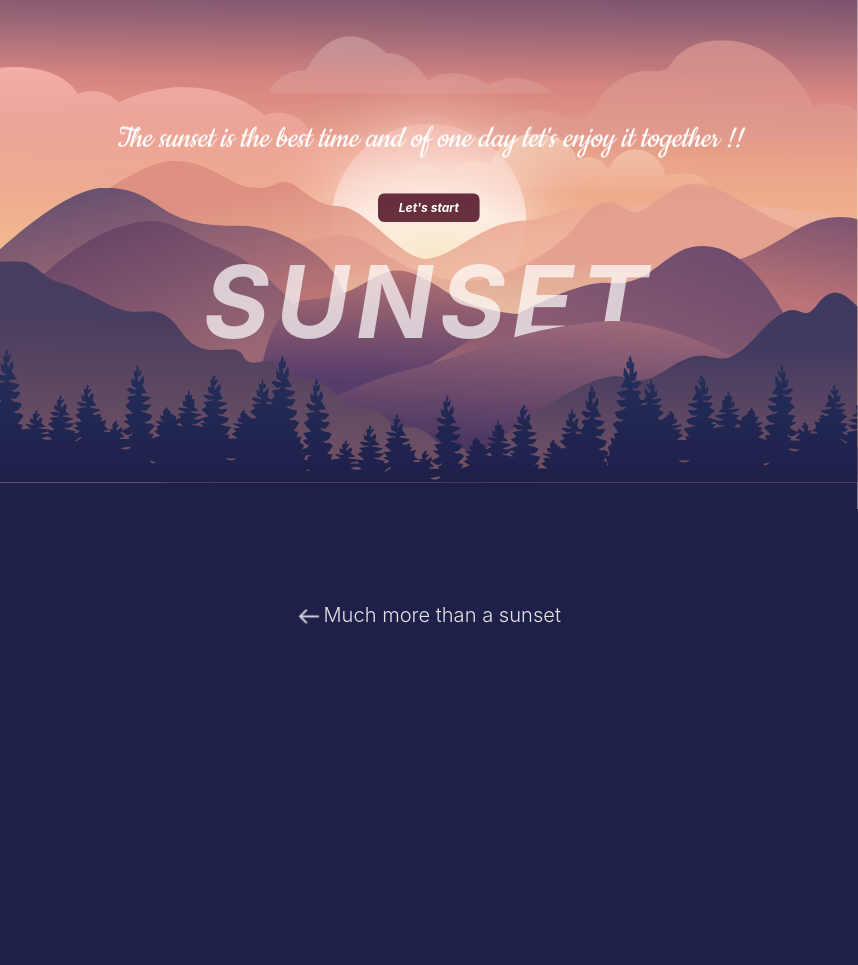
Repository: nambui98/parallax
Page: /
These files come from the project's save history. The page is drawn as it stood at one moment and after the next save; the edit follows.
The browser window is 1280 px wide. The pictures show the whole page, at 67% of full size.
The project was rebuilt for these pictures with package versions that can differ from the ones it lists, and the page was loaded fresh each time. Also part of the build but not shown: vite.config.ts.

Above is the page before, as saved 2022-03-24 15:17:14.

### src/App.tsx
import { useEffect, useRef, useState } from 'react'
import { Link, useLocation, useNavigate } from 'react-router-dom';
import bg_1 from './assets/images/bg_1.svg'
import bg_2 from './assets/images/bg_2.svg'
import bg_3 from './assets/images/bg_3.svg'
import bg_4 from './assets/images/bg_4.svg'
import bg_5 from './assets/images/bg_5.svg'
import bg_6 from './assets/images/bg_6.svg'
import bg_7 from './assets/images/bg_7.svg'
import bg_8 from './assets/images/bg_8.svg'
import bg_9 from './assets/images/bg_9.svg'
import bg_10 from './assets/images/bg_10.svg'
import bg_11 from './assets/images/bg_11.svg'
import icon from './assets/images/icon.svg'
import './App.scss'

function App() {
  let location = useLocation();
  console.log(location);

  const bg_1Ref = useRef<any>()
  const bg_2Ref = useRef<any>()
  const bg_3Ref = useRef<any>()
  const bg_4Ref = useRef<any>()
  const bg_5Ref = useRef<any>()
  const bg_6Ref = useRef<any>()
  const bg_7Ref = useRef<any>()
  const bg_8Ref = useRef<any>()
  const bg_9Ref = useRef<any>()
  const bg_10Ref = useRef<any>()
  const bg_11Ref = useRef<any>()
  const h3Ref = useRef<any>()
  const h1Ref = useRef<any>()
  const bannerRef = useRef<any>()
  const btnRef = useRef<any>()
  // console.log(location);

  useEffect(() => {
    window.addEventListener("scroll", () => {
      let value = window.scrollY;
      // h3Ref.current.style =
      // bg_1Ref.current.style.left = `calc(${value}px + 40rem)`;
      bg_9Ref.current.style.transform = `scale(${1 + value * 0.0005})`
      bg_10Ref.current.style.transform = `scale(${1 + value * 0.0005})`
      bg_8Ref.current.style.transform = `scale(${1 + value * 0.0005})`
      bg_7Ref.current.style.transform = `scale(${1 + value * 0.0005})`
      bg_6Ref.current.style.transform = `scale(${1 + value * 0.0005})`
      bg_5Ref.current.style.transform = `scale(${1 + value * 0.0005})`
      bg_4Ref.current.style.transform = `translateX(-50%) scale(${1 + value * 0.0005})`
      bg_3Ref.current.style.transform = `scale(${1 + value * 0.0005})`
      bg_2Ref.current.style.transform = `scale(${1 + value * 0.0005})`
      bg_1Ref.current.style.transform = `scale(${1 + value * 0.0005})`
      bg_11Ref.current.style.transform = `scale(${1 + value * 0.0004})`

      h3Ref.current.style.transform = `translateZ(${value * 0.8}px) scale(${1 + (value * 0.0009)})`
      h1Ref.current.style.transform = `translateY(${value * 0.2}px)`
      btnRef.current.style.transform = `translate(-50%, calc(-50% - ${value * 0.2}px))`
      console.log();

    })

    return () => {
      window.removeEventListener("scroll", () => {

      })
    }
  }, [])
  useEffect(() => {
    let url = window.location.href.split("/");
    // debugger
    let target = url[url.length - 1].toLowerCase();
    let element = document.getElementById(target);
    element && element.scrollIntoView({ behavior: "smooth", block: "start" });
  }, [location]);
  return (
    <div className="App">
      <div className="main">
        <div className="banner" ref={bannerRef}>
          <img className='bg_1' ref={bg_1Ref} src={bg_1} alt="" />
          <img className='bg_2' ref={bg_2Ref} src={bg_2} alt="" />
          <img className='bg_3' ref={bg_3Ref} src={bg_3} alt="" />
          <img className='bg_4' ref={bg_4Ref} src={bg_4} alt="" />
          <img className='bg_5' ref={bg_5Ref} src={bg_5} alt="" />
          <img className='bg_6' ref={bg_6Ref} src={bg_6} alt="" />
          <img className='bg_7' ref={bg_7Ref} src={bg_7} alt="" />
          <img className='bg_8' ref={bg_8Ref} src={bg_8} alt="" />
          <img className='bg_9' ref={bg_9Ref} src={bg_9} alt="" />
          <img className='bg_10' ref={bg_10Ref} src={bg_10} alt="" />
          <img className='bg_11' ref={bg_11Ref} src={bg_11} alt="" />

          <h3 ref={h3Ref}>The sunset is the best time and of one day let's enjoy it together !!</h3>
          <h1 ref={h1Ref}>Sunset</h1>
        </div>
        <Link to="/content" className="btn" ref={btnRef}>Let's start</Link>
        <div className="content" id="content">
          <h1><img src={icon} alt="" /> Much more than a sunset</h1>
        </div>
      </div>
    </div>
  )
}

export default App

### src/App.scss
@import url('https://fonts.googleapis.com/css2?family=Cookie&display=swap');
*,
*::after,
*::before{
  padding: 0;
  margin: 0;
  box-sizing: inherit;
}
html{
  font-size: 62.5%;
  box-sizing: border-box;
}
.main{
  // perspective: 1px;

}
.banner{
  background: linear-gradient(181.12deg, #6D4869 -4.47%, #906074 5.09%, #D58480 18.15%, #ECA58B 34.03%, #F8C995 69.69%);
  height: 100vh;
  position: relative;
  z-index: -1;
  overflow: hidden;
  perspective: 1000px;
  h3{
    position: absolute;
    top: 18rem;
    width: 100%;
    font-size: 5rem;
    font-weight: 400;
    font-style: italic;
    color: #fff;
    font-family: 'Cookie', cursive;
    text-align: center;
    // left: 50%;
    // transform: translateX(-50%);
  }
  h1{
    position: absolute;
    bottom: 18rem;
    width: 100%;
    font-size: 15rem;
    font-style: italic;
    color: rgba(255, 255, 255, .7);
    text-align: center;
    text-transform: uppercase;
    z-index: 0;
    letter-spacing: 1rem;
  }
  img{
    position: absolute;
    z-index: 0;
    &.bg_1{
      top: 5.4rem;
      left: 40rem;
    }
    &.bg_2{
      left: 0;
      top: 10rem;
    }
    &.bg_3{
      right: 0;
      top: 6rem;
    }
    &.bg_4{
      left: 50%;
      top: 8rem;
      transform: translateX(-50%);
      // top: 28.6rem;
      width: 50rem;
    }
    &.bg_5{
      right: 22rem;
      top: 20rem;
    }
    &.bg_6{
      right: 0;
      left: 0;
      top: 24rem;
      width: 100%;
    }
    &.bg_7{
      right: 0;
      left: 0;
      top: 28rem;
      width: 100%;
      // z-index: 1;
    }
     &.bg_8{
      bottom: -3rem;
      width: 100%;
      z-index: 2;
    }
    &.bg_9{
      width: 100%;
      top: 33rem;
      // z-index: 1;
    }
    &.bg_10{
      bottom: -6rem;
      z-index: 1;
    }
    &.bg_11{
      bottom: 0rem;
      width: 100%;
      z-index: 2;
    }
  }
}
.btn{
  z-index: 100;

  position: absolute;
  top: calc(50% - 5rem);
  left: 50%;
  transform: translate(-50%, -50%);
  border: none;
  background: rgba(65, 0, 22, 0.8);
  font-style: italic;
  color: #fff;
  padding: 1rem 3rem;
  border-radius: 1rem;
  cursor: pointer;
  font-size: 1.8rem;
  font-weight: 700;
  border: 1px solid transparent;
  // transition: .3s all;
  text-decoration: none;
  &:hover{
    color: rgba(65, 0, 22, 0.8);
    background: transparent;
    border-color: rgba(65, 0, 22, 0.8);
  }
}
.content{
  height: 100vh;
  width: 100%;
  background-color: #1E2049;
}
.content{
  display: flex;
  justify-content: center;
  h1{
    color: #E5E5E5;
    font-size: 3rem;
    font-weight: 300;
    margin-top: 18rem;
    display: flex;
    img{
      height: 4rem;
    }
  }

}

Loaded but not shown: index.html (common file); src/main.tsx (common file); src/index.css (common file)

After the next save:
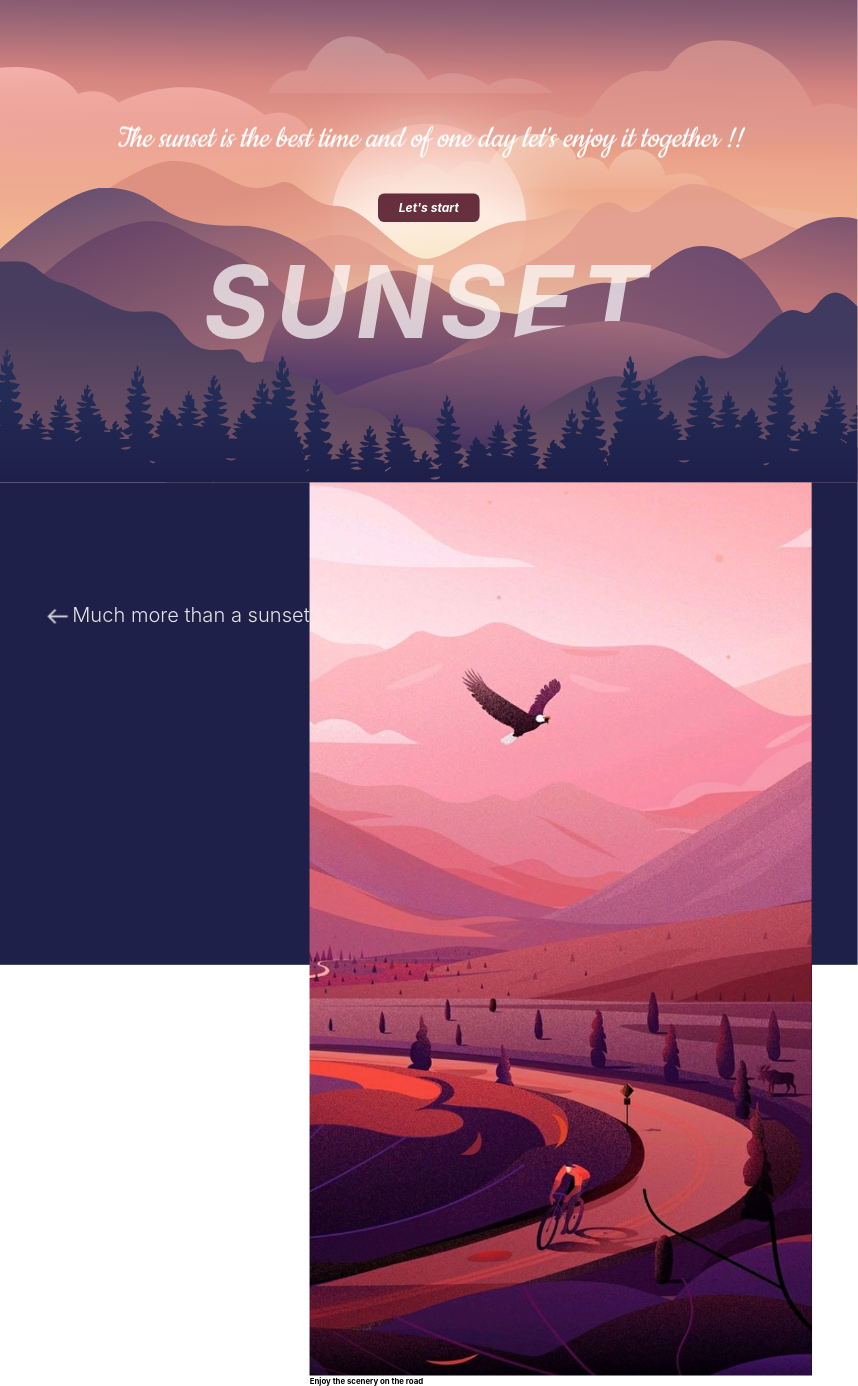
Saved 3 min 34 s later.
--- a/src/App.tsx
+++ b/src/App.tsx
@@ -11,6 +11,10 @@ import bg_8 from './assets/images/bg_8.svg'
 import bg_9 from './assets/images/bg_9.svg'
 import bg_10 from './assets/images/bg_10.svg'
 import bg_11 from './assets/images/bg_11.svg'
+import content1 from './assets/images/content1.png'
+import content2 from './assets/images/content2.svg'
+import content3 from './assets/images/content3.svg'
+import content4 from './assets/images/content4.svg'
 import icon from './assets/images/icon.svg'
 import './App.scss'
 
@@ -94,6 +98,12 @@ function App() {
         <Link to="/content" className="btn" ref={btnRef}>Let's start</Link>
         <div className="content" id="content">
           <h1><img src={icon} alt="" /> Much more than a sunset</h1>
+          <div className="content__list">
+            <div className="content__card">
+              <img src={content1} alt="" />
+              <h3>Enjoy the scenery on the road</h3>
+            </div>
+          </div>
         </div>
       </div>
     </div>
